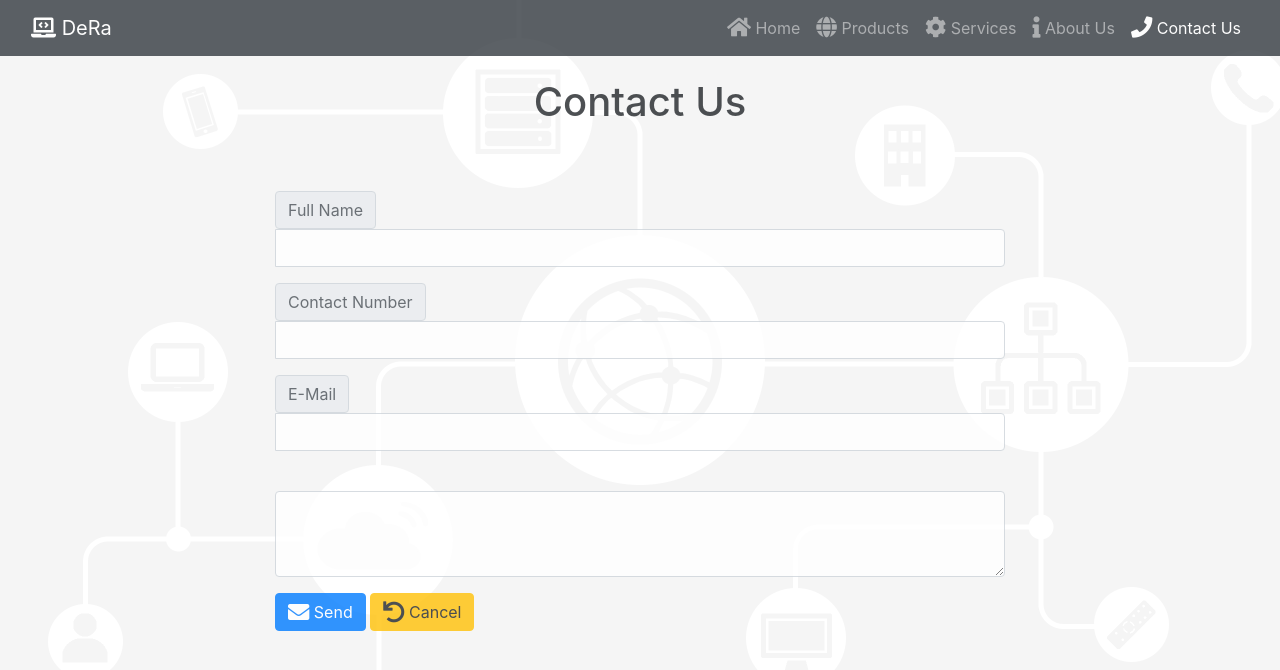
Repository: deividwsantoss/web6201-Lab1
Page: contact.html
The author's editor kept a copy of each file at every save. The page is drawn from the files as they stood at one save, then again after the next save.
The browser window is 1280 px wide. The pictures show the whole page.

Above is the page before, as saved 2021-03-03 15:55:12.

After the next save:
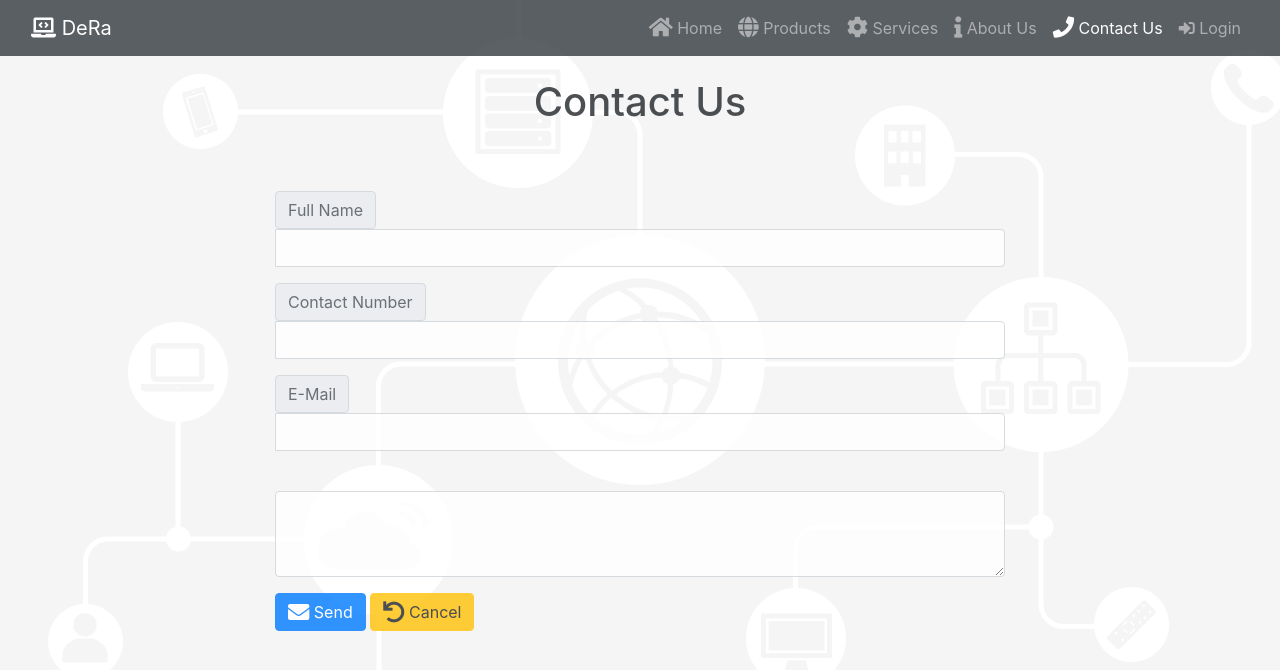
Saved 63 s later.
--- a/contact.html
+++ b/contact.html
@@ -36,7 +36,9 @@
                   <li class="nav-item">
                     <a class="nav-link active" aria-current="page" href="contact.html"><i class="fas fa-phone fa-lg"></i> Contact Us</a>
                   </li>
-
+                  <li id="login" class="nav-item">
+                    <a class="nav-link" aria-current="page" href="login.html"><i class="fas fa-sign-in-alt"></i> Login</a>
+                  </li>
                 </ul>
 
               </div>
